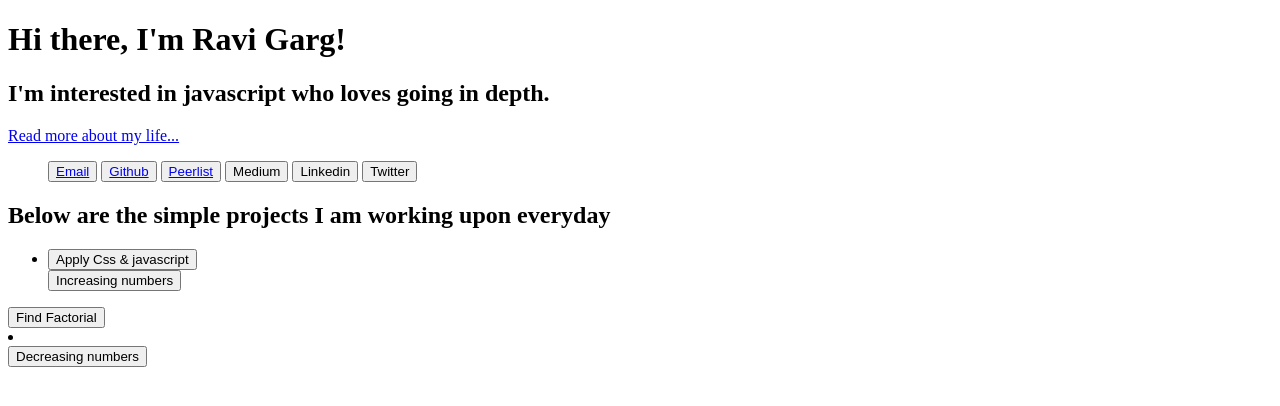
Repository: ravigarg001/musafir
Page: index.html
The author's editor kept a copy of each file at every save. The page is drawn from the files as they stood at one save, then again after the next save.
The browser window is 1280 px wide. The pictures show the whole page.

Above is the page before, as saved 2022-05-02 09:21:51.

After the next save:
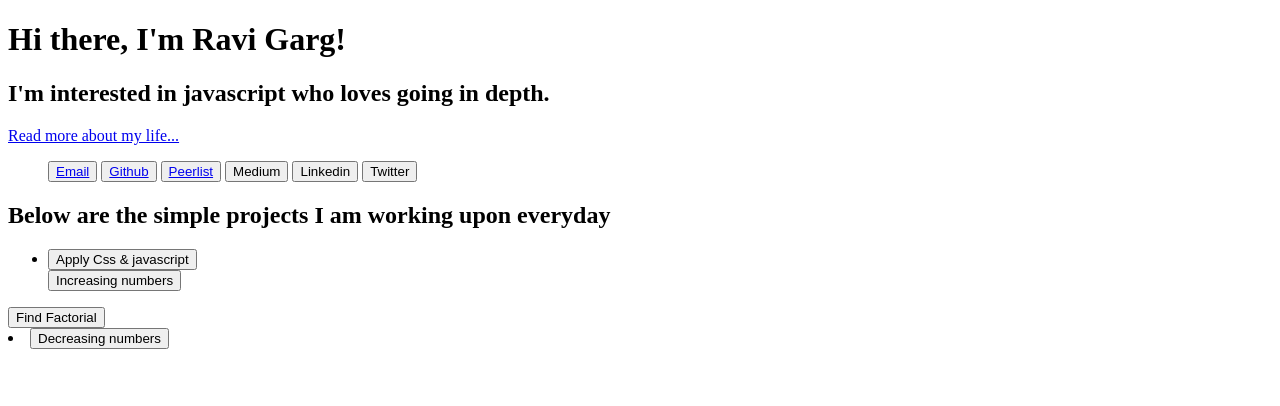
Saved 7 s later.
--- a/index.html
+++ b/index.html
@@ -28,7 +28,7 @@
   <li><button class="cssAdder" onclick="addCssAndJs()">Apply Css & javascript</button></li>
   <button onclick="inputNumber1()">Increasing numbers </button></ul></li>
   <button onclick="inputNumber()">Find Factorial</button></li>
-  <li></li><button onclick="inputNumber2()">Decreasing numbers</button></li>
+  <li><button onclick="inputNumber2()">Decreasing numbers</button></li>
 </ul>
 </footer>
 
